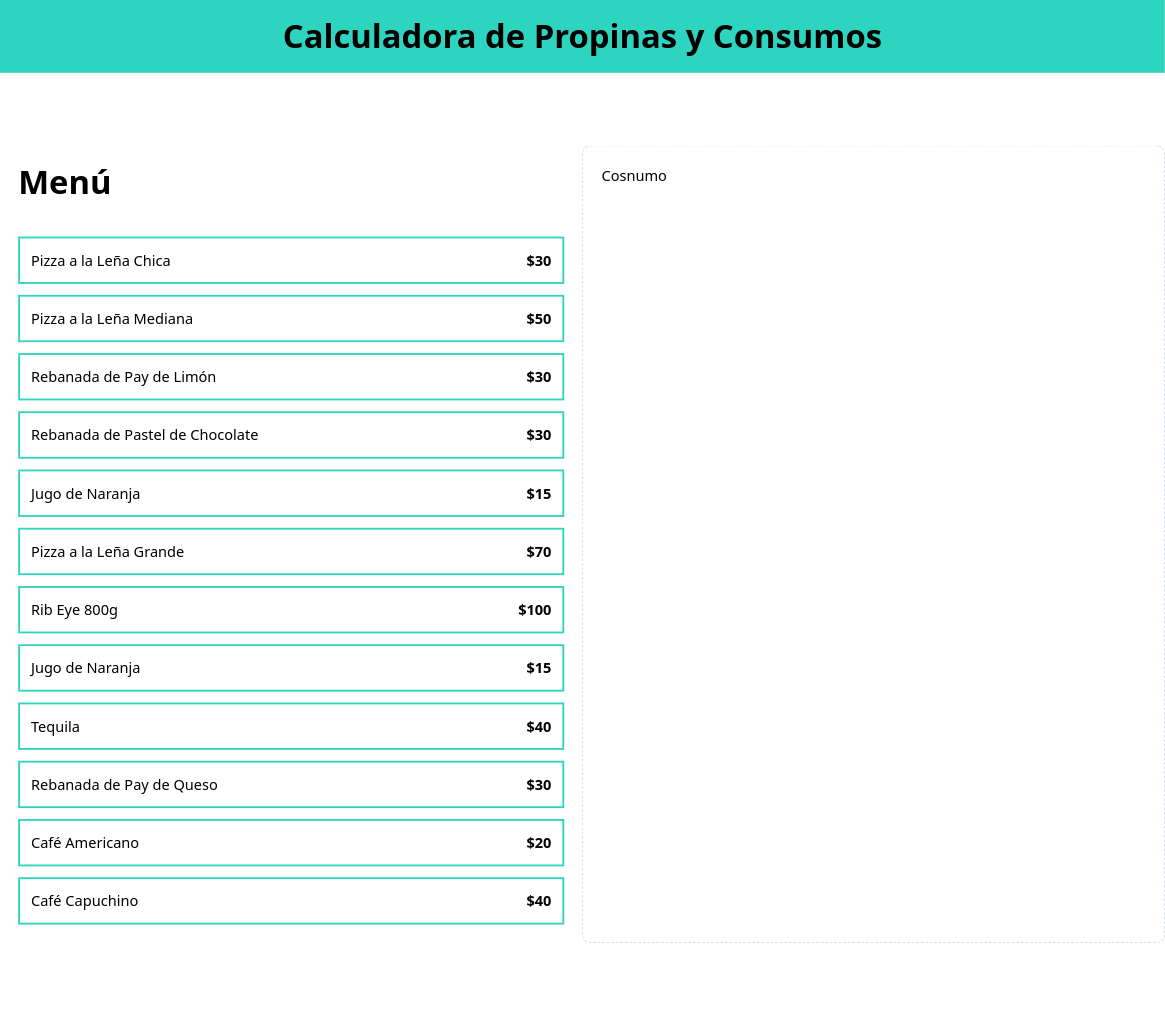
Repository: Matiiu/tip-calculator
Page: /
These files come from the project's save history. The page is drawn as it stood at one moment and after the next save; the edit follows.
The browser window is 1280 px wide. The pictures show the whole page, at 91% of full size.
The project was rebuilt for these pictures with package versions that can differ from the ones it lists, and the page was loaded fresh each time. Also part of the build but not shown: vite.config.ts.

Above is the page before, as saved 2024-03-29 15:38:27.

After the next save:
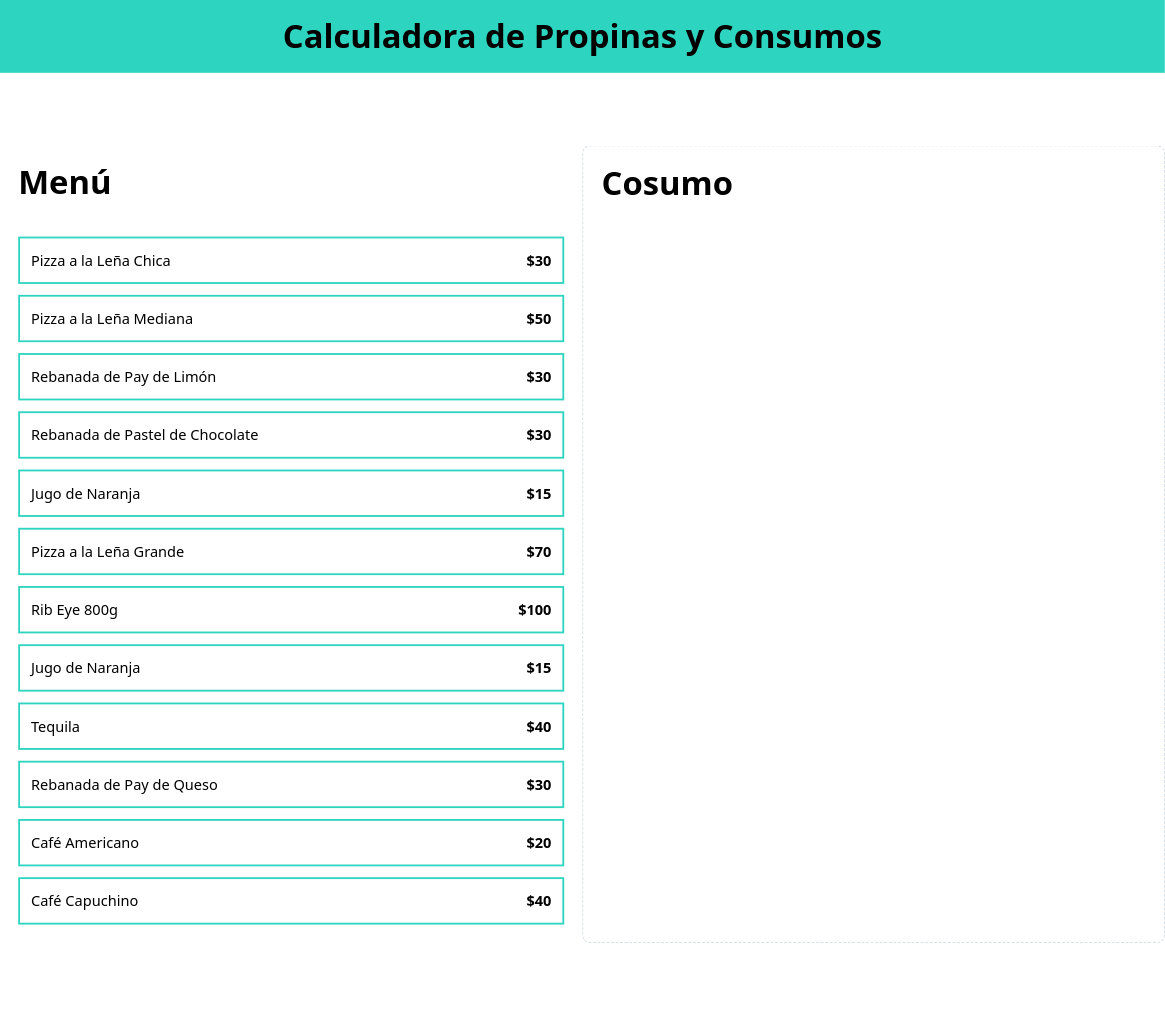
Saved 24 s later.
--- a/src/App.tsx
+++ b/src/App.tsx
@@ -2,6 +2,7 @@ import Header from "./components/Header";
 import { menuItems } from "./api/db";
 import MenuItem from "./components/MenuItem";
 import useOrder from "./hooks/useOrder";
+import OrderContents from "./components/OrderContents";
 
 export default function App() {
   const { addItem } = useOrder();
@@ -22,7 +23,7 @@ export default function App() {
         </div>
 
         <div className=" border border-dashed border-slate-300 p-5 rounded-lg space-y-10">
-          <h2>Cosnumo</h2>
+          <OrderContents />
         </div>
       </main>
     </>
